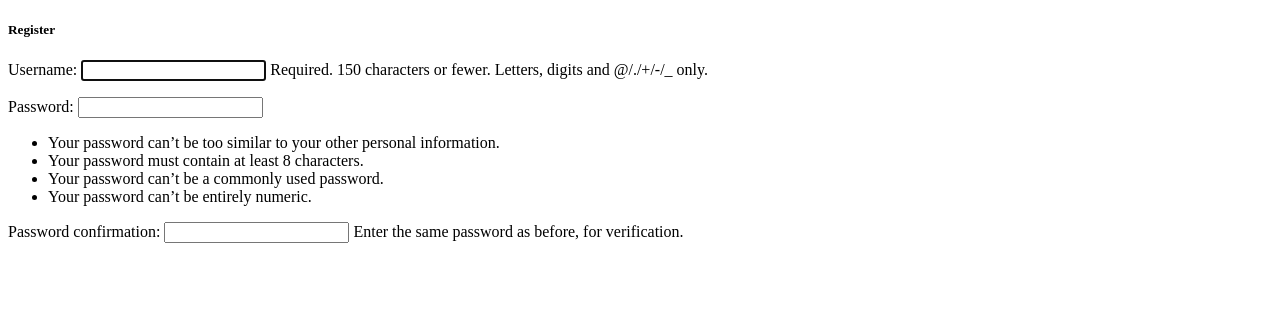
Repository: dvnam1401/Experience-with-Python
Page: http://localhost/register/
The author's editor kept a copy of each file at every save. The page is drawn from the files as they stood at one save, then again after the next save.
The browser window is 1280 px wide. The pictures show the whole page.
The page is served by the project's application, run on Django 4.2 (webbanhang/manage.py). Other server files are loaded and not shown.

Above is the page before, as saved 2023-09-14 00:19:58.

### webbanhang/app/templates/app/register.html
<!DOCTYPE html>

<html>
  <head>
    <meta charset="utf-8" />
    <meta http-equiv="X-UA-Compatible" content="IE=edge" />
    <title></title>
    <meta name="description" content="" />
    <meta name="viewport" content="width=device-width, initial-scale=1" />
    <link rel="stylesheet" href="" />
  </head>
  <body>
    <h5>Register</h5>
    <form method="POST" action="">{{form.as_p}}</form>
    <script src="" async defer></script>
  </body>
</html>

### webbanhang/app/views.py
from django.shortcuts import render
from django.http import HttpResponse, JsonResponse
from .models import *
import json
from django.contrib.auth.forms import UserCreationForm
# Create your views here.

def register(request):
    form = UserCreationForm()
    context = {'form': form}
    return render(request, 'app/register.html', context)

def login(request):
    context = {}
    return render(request, 'app/login.html', context)

def home(request):
    if request.user.is_authenticated:
        customer = request.user.customer
        order, create = Order.objects.get_or_create(
            customer=customer, complete=False)
        items = order.orderitem_set.all()
        cartItems = order.get_cart_items
    else:
        items = []
        order = {'get_cart_items': 0, 'get_cart_total': 0}
        cartItems = order['get_cart_items']
    products = Product.objects.all()
    context = {'products': products,'cartItems': cartItems}
    return render(request, 'app/home.html', context)


def cart(request):
    if request.user.is_authenticated:
        customer = request.user.customer
        order, create = Order.objects.get_or_create(
            customer=customer, complete=False)
        items = order.orderitem_set.all()
        cartItems = order.get_cart_items
    else:
        items = []
        order = {'get_cart_items': 0, 'get_cart_total': 0}
        cartItems = order['get_cart_items']
    context = {'items': items, 'order': order,'cartItems': cartItems}
    return render(request, 'app/cart.html', context)


def checkout(request):
    if request.user.is_authenticated:
        customer = request.user.customer
        order, create = Order.objects.get_or_create(
            customer=customer, complete=False)
        items = order.orderitem_set.all()
        cartItems = order.get_cart_items
    else:
        items = []
        order = {'get_cart_items': 0, 'get_cart_total': 0}
        cartItems = order['get_cart_items']
    context = {'items': items, 'order': order,'cartItems': cartItems}
    return render(request, 'app/checkout.html', context)


def update_item(request):
    data = json.loads(request.body)
    productID = data['productID']
    action = data['action']
    customer = request.user.customer
    product = Product.objects.get(id=productID)
    order, create = Order.objects.get_or_create(
        customer=customer, complete=False)
    orderItem, create = OrderItem.objects.get_or_create(
        order=order, product=product)
    if action == 'add':
        orderItem.quantity += 1
    elif action == 'remove':
        orderItem.quantity -= 1
    orderItem.save()
    if orderItem.quantity <= 0:
        orderItem.delete()
    return JsonResponse('added', safe=False)

### webbanhang/webbanhang/urls.py
"""
URL configuration for webbanhang project.

The `urlpatterns` list routes URLs to views. For more information please see:
    https://docs.djangoproject.com/en/4.2/topics/http/urls/
Examples:
Function views
    1. Add an import:  from my_app import views
    2. Add a URL to urlpatterns:  path('', views.home, name='home')
Class-based views
    1. Add an import:  from other_app.views import Home
    2. Add a URL to urlpatterns:  path('', Home.as_view(), name='home')
Including another URLconf
    1. Import the include() function: from django.urls import include, path
    2. Add a URL to urlpatterns:  path('blog/', include('blog.urls'))
"""
from django.contrib import admin
from django.urls import path, include

from django.conf.urls.static import static
from django.conf import settings
urlpatterns = [
    path('admin/', admin.site.urls),
    path('', include('app.urls')),
]

urlpatterns += static(settings.MEDIA_URL, document_root=settings.MEDIA_ROOT)

### webbanhang/app/urls.py
from django.contrib import admin
from django.urls import path
from . import views

urlpatterns = [
    path('home/', views.home, name="home"),
    path('', views.home, name="home"),
    path('cart/', views.cart, name="cart"),
    path('register/', views.register, name="register"),
    path('login/', views.login, name="login"),
    path('checkout/', views.checkout, name="checkout"),
    path('update_item/', views.update_item, name='update_item'),
    path('cart/update_item/', views.update_item, name='update_item'),
]

After the next save:
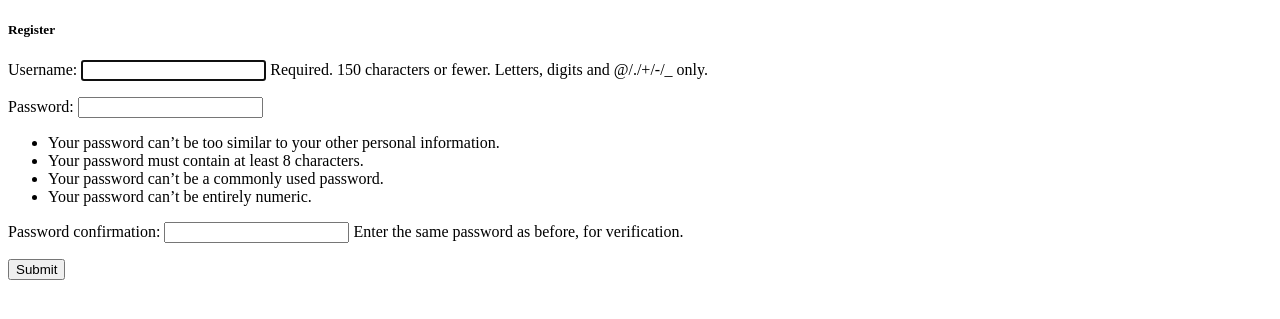
Saved 38 s later.
--- a/webbanhang/app/templates/app/register.html
+++ b/webbanhang/app/templates/app/register.html
@@ -11,7 +11,9 @@
   </head>
   <body>
     <h5>Register</h5>
-    <form method="POST" action="">{{form.as_p}}</form>
+    <form method="POST" action="">{{form.as_p}}
+        <input type="submit"
+    </form>
     <script src="" async defer></script>
   </body>
 </html>
